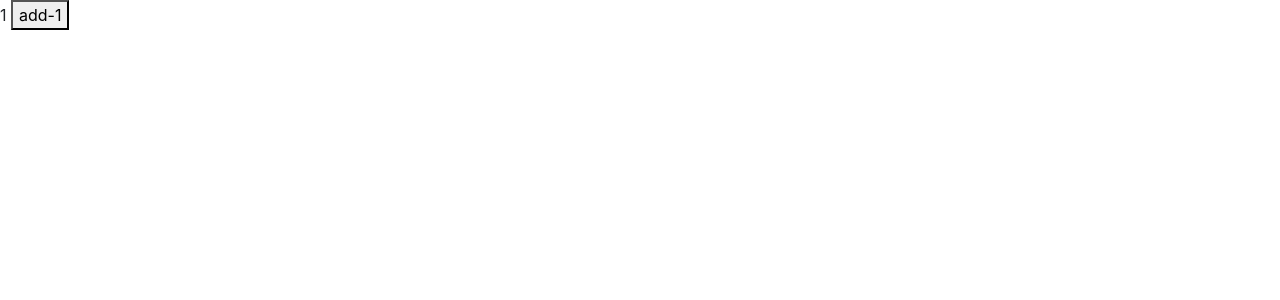
Repository: zenghao518518/Vue
Page: 5-事件处理器/01-事件处理.html
These files come from the project's save history. The page is drawn as it stood at one moment and after the next save; the edit follows.
The browser window is 1280 px wide. The pictures show the whole page.

Above is the page before, as saved 2023-08-15 16:44:31.

### 5-事件处理器/01-事件处理.html
<!DOCTYPE html>
<html lang="en">
  <head>
    <meta charset="UTF-8" />
    <meta http-equiv="X-UA-Compatible" content="IE=edge" />
    <meta name="viewport" content="width=device-width, initial-scale=1.0" />
    <title>Document</title>

    <link rel="stylesheet" href="..\Css\bootstrap.css" />
    <script src="..\Scrip\jquery-3.5.1.min.js"></script>
    <script src="..\Scrip\bootstrap.min.js"></script>
    <script src="..\Scrip\Vue.js"></script>
    <style></style>
  </head>
  <body>
    <div id="box">
       {{count}}
       <button @click="handleAdd1()">add-1</button>
    </div>

    <script>
      var vm = new Vue({
        el: "#box",
        data() {
          return {
            count:1

          };
        },
        methods: {
            handleAdd1(){
                this.count++
            }
        },
      });
    </script>
  </body>
</html>

Loaded but not shown: Css/bootstrap.css (library); Scrip/jquery-3.5.1.min.js (library); Scrip/bootstrap.min.js (library); Scrip/Vue.js (library)

After the next save:
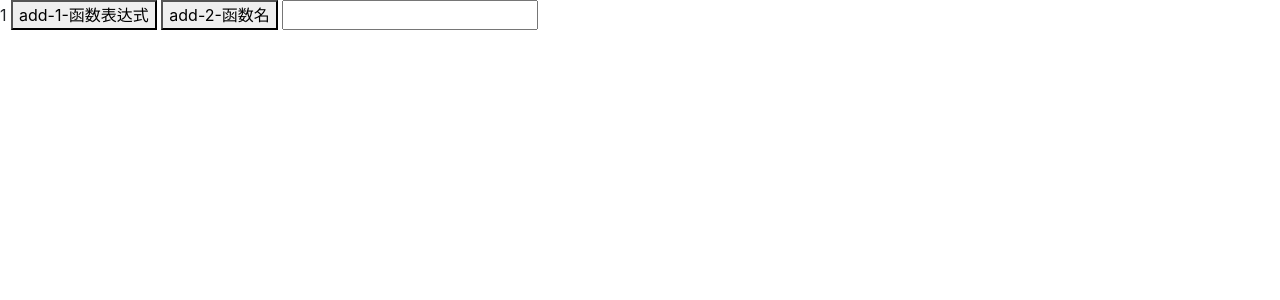
Saved 26 min 11 s later.
--- a/5-事件处理器/01-事件处理.html
+++ b/5-事件处理器/01-事件处理.html
@@ -15,7 +15,10 @@
   <body>
     <div id="box">
        {{count}}
-       <button @click="handleAdd1()">add-1</button>
+       <button @click="handleAdd1()">add-1-函数表达式</button>
+       <button @click="handleAdd2">add-2-函数名</button>
+
+       <input type="text" @input="handleInput"/>
     </div>
 
     <script>
@@ -30,6 +33,12 @@
         methods: {
             handleAdd1(){
                 this.count++
+            },
+            handleAdd2(){
+                this.count++
+            },
+            handleInput(){
+                this.count++
             }
         },
       });
